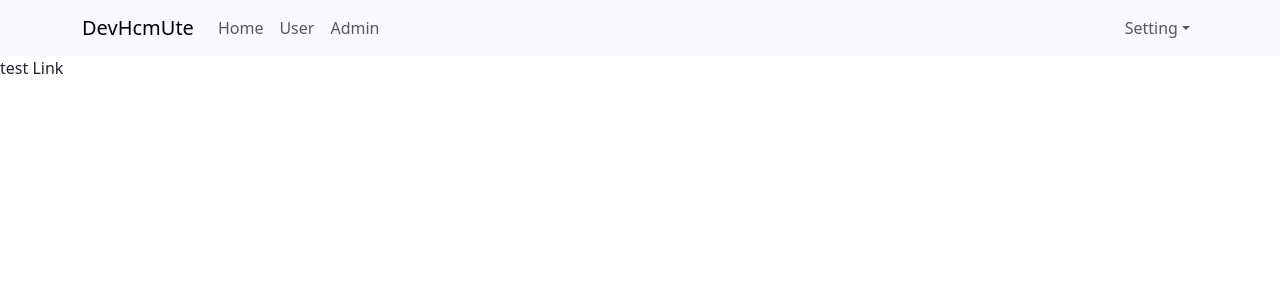
Repository: nnbxxx/React-Untimate
Page: /
These files come from the project's save history. The page is drawn as it stood at one moment and after the next save; the edit follows.
The browser window is 1280 px wide. The pictures show the whole page.
The project was rebuilt for these pictures with package versions that can differ from the ones it lists, and the page was loaded fresh each time.

Above is the page before, as saved 2023-04-11 16:18:25.

### src/index.js
import React from "react";
import ReactDOM from "react-dom/client";
import App from "./App";
import reportWebVitals from "./reportWebVitals";
import { Provider } from "react-redux";
import store from "./redux/store";
import "bootstrap/dist/css/bootstrap.min.css";
import {
  createBrowserRouter,
  RouterProvider,
  BrowserRouter,
} from "react-router-dom";
const root = ReactDOM.createRoot(document.getElementById("root"));
root.render(
  <Provider store={store}>
    {/* <React.StrictMode> */}
    <BrowserRouter>
      <App />
    </BrowserRouter>

    {/* </React.StrictMode> */}
  </Provider>
);

// If you want to start measuring performance in your app, pass a function
// to log results (for example: reportWebVitals(console.log))
// or send to an analytics endpoint. Learn more: https://bit.ly/CRA-vitals
reportWebVitals();

### src/App.js
import "./App.scss";
import Header from "./components/Header/Header";

const App = () => {
  return (
    <div className='app-container'>
      <Header />
      <div>
        test Link
        <div></div>
      </div>
    </div>
  );
};

export default App;

### src/App.scss
body {
  padding: 0;
  margin: 0;
  font-family: -apple-system, BlinkMacSystemFont, "Segoe UI", "Roboto", "Oxygen",
    "Ubuntu", "Cantarell", "Fira Sans", "Droid Sans", "Helvetica Neue",
    sans-serif;
  -webkit-font-smoothing: antialiased;
  -moz-osx-font-smoothing: grayscale;
}

### src/components/Header/Header.js
import Container from "react-bootstrap/Container";
import Nav from "react-bootstrap/Nav";
import Navbar from "react-bootstrap/Navbar";
import NavDropdown from "react-bootstrap/NavDropdown";

const Header = () => {
  return (
    <Navbar bg='light' expand='lg'>
      <Container>
        <Navbar.Brand href='#home'>DevHcmUte</Navbar.Brand>
        <Navbar.Toggle aria-controls='basic-navbar-nav' />
        <Navbar.Collapse id='basic-navbar-nav'>
          <Nav className='me-auto'>
            <Nav.Link href='#home'>Home</Nav.Link>
            <Nav.Link href='#link'>User</Nav.Link>
            <Nav.Link href='#link'>Admin</Nav.Link>
          </Nav>
          <Nav>
            <NavDropdown title='Setting' id='basic-nav-dropdown'>
              <NavDropdown.Item href='#action/3.1'>Log in</NavDropdown.Item>
              <NavDropdown.Item href='#action/3.2'>Log out</NavDropdown.Item>
              <NavDropdown.Item href='#action/3.3'>Profile</NavDropdown.Item>
              <NavDropdown.Divider />
              <NavDropdown.Item href='#action/3.4'>
                Separated link
              </NavDropdown.Item>
            </NavDropdown>
          </Nav>
        </Navbar.Collapse>
      </Container>
    </Navbar>
  );
};

export default Header;

Loaded but not shown: public/index.html (common file); src/reportWebVitals.js (common file); src/redux/store.js (common file); src/redux/reducer/rootReducer.js (common file); src/redux/reducer/counterReducer.js (common file); src/redux/action/counterAction.js (common file)

After the next save:
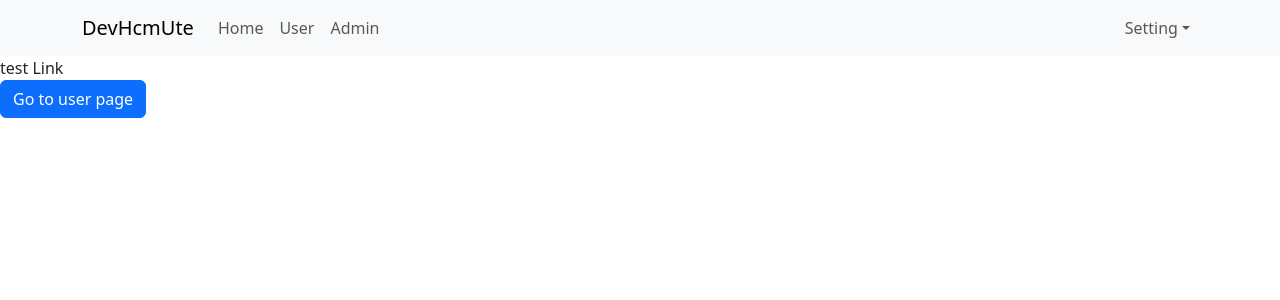
Saved 30 s later.
--- a/src/App.js
+++ b/src/App.js
@@ -1,3 +1,4 @@
+import { Button } from "react-bootstrap";
 import "./App.scss";
 import Header from "./components/Header/Header";
 
@@ -7,7 +8,9 @@ const App = () => {
       <Header />
       <div>
         test Link
-        <div></div>
+        <div>
+          <Button>Go to user page</Button>
+        </div>
       </div>
     </div>
   );
